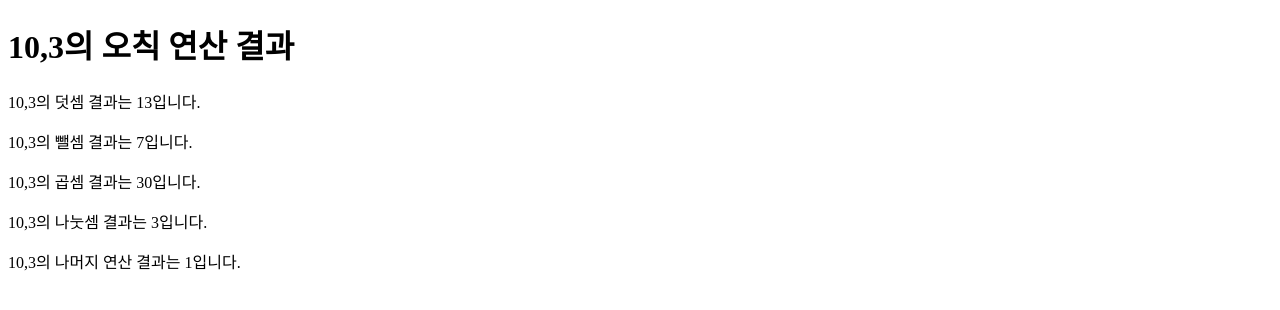
Repository: tngus3580/tngus3580
Page: http://localhost/20201109a/test3.jsp
These files come from the project's save history. The page is drawn as it stood at one moment and after the next save; the edit follows.
The browser window is 1280 px wide. The pictures show the whole page.
The page is served by Tomcat 9.

Above is the page before, as saved 2020-11-09 07:01:27.

### 20201109a/WebContent/test3.jsp
<%@ page language="java" contentType="text/html; charset=UTF-8"
    pageEncoding="UTF-8"%>
<!DOCTYPE html>
<html>
<head>
<meta charset="UTF-8">
<title>Insert title here</title>
</head>
<body>
	<%!
	public int plus(int num1, int num2){
		return num1 + num2 ;
	}
	public int minus(int num1, int num2){
		return num1 - num2 ;
	}
	public int gob(int num1, int num2){
		return num1 * num2 ;
	}
	public int nanum(int num1, int num2){
		return num1 / num2 ;
	}
	public int nmg(int num1, int num2){
		return num1 % num2 ;
	}
	%>

	<%int num1=10;
	int num2=3;
	%>

	<h1><%=num1%>,<%=num2%>의 오칙 연산 결과</h1>
	<p><%=num1%>,<%=num2%>의 덧셈 결과는 <%=plus(num1,num2)%>입니다.</p>
	<p><%=num1%>,<%=num2%>의 뺄셈 결과는 <%=minus(num1,num2)%>입니다.</p>
	<p><%=num1%>,<%=num2%>의 곱셈 결과는 <%=gob(num1,num2)%>입니다.</p>
	<p><%=num1%>,<%=num2%>의 나눗셈 결과는 <%=nanum(num1,num2)%>입니다.</p>
	<p><%=num1%>,<%=num2%>의 나머지 연산 결과는 <%=nmg(num1,num2)%>입니다.</p>
</body>
</html>

After the next save:
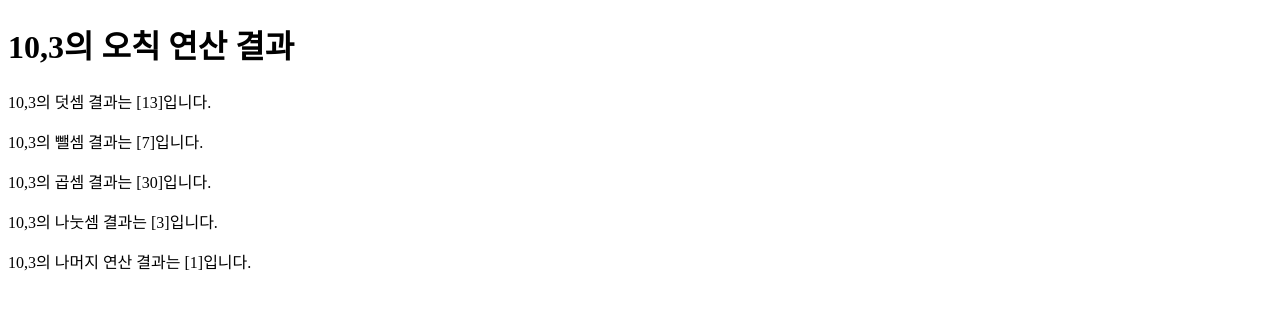
Saved 51 s later.
--- a/20201109a/WebContent/test3.jsp
+++ b/20201109a/WebContent/test3.jsp
@@ -30,10 +30,10 @@
 	%>
 
 	<h1><%=num1%>,<%=num2%>의 오칙 연산 결과</h1>
-	<p><%=num1%>,<%=num2%>의 덧셈 결과는 <%=plus(num1,num2)%>입니다.</p>
-	<p><%=num1%>,<%=num2%>의 뺄셈 결과는 <%=minus(num1,num2)%>입니다.</p>
-	<p><%=num1%>,<%=num2%>의 곱셈 결과는 <%=gob(num1,num2)%>입니다.</p>
-	<p><%=num1%>,<%=num2%>의 나눗셈 결과는 <%=nanum(num1,num2)%>입니다.</p>
-	<p><%=num1%>,<%=num2%>의 나머지 연산 결과는 <%=nmg(num1,num2)%>입니다.</p>
+	<p><%=num1%>,<%=num2%>의 덧셈 결과는 [<%=plus(num1,num2)%>]입니다.</p>
+	<p><%=num1%>,<%=num2%>의 뺄셈 결과는 [<%=minus(num1,num2)%>]입니다.</p>
+	<p><%=num1%>,<%=num2%>의 곱셈 결과는 [<%=gob(num1,num2)%>]입니다.</p>
+	<p><%=num1%>,<%=num2%>의 나눗셈 결과는 [<%=nanum(num1,num2)%>]입니다.</p>
+	<p><%=num1%>,<%=num2%>의 나머지 연산 결과는 [<%=nmg(num1,num2)%>]입니다.</p>
 </body>
 </html>
